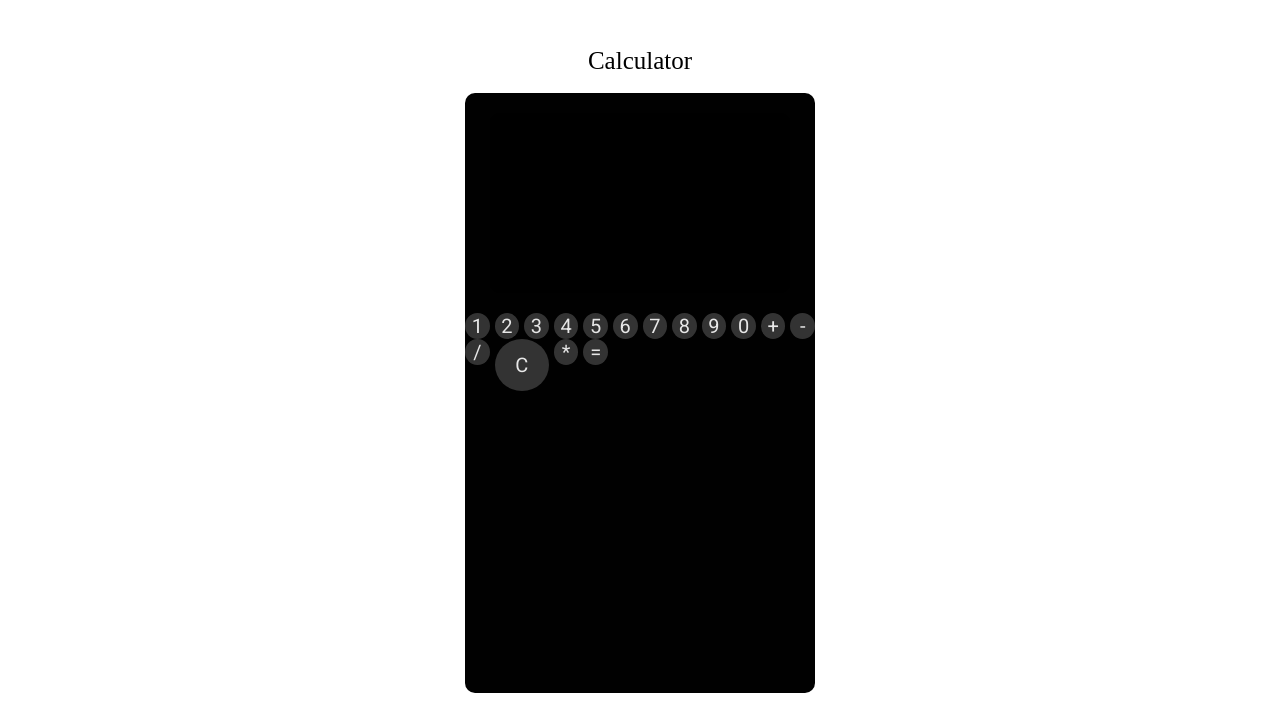
Repository: Gibon9/SimpleCalc
Page: index.html
The author's editor kept a copy of each file at every save. The page is drawn from the files as they stood at one save, then again after the next save.
The browser window is 1280 px wide. The pictures show the whole page.
Some web fonts or font styles are not loaded; a fallback is used.

Above is the page before, as saved 2020-11-27 18:57:29.

### index.html
<!DOCTYPE html>
<html lang="en">
  <head>
    <meta charset="UTF-8" />
    <meta name="viewport" content="width=device-width, initial-scale=1.0" />
    <link rel="stylesheet" href="style/reset.css" />
    <link rel="stylesheet" href="style/style.css" />
    <title>Calculator</title>
  </head>

  <body>
    <main class="main">
      <h1 class="title">Calculator</h1>
      <section class="clac">
        <div class="calc-display" id="display"></div>
        <section class="keyboard" id="keyboard">
          <button class="calc-button c-btn" id="clear">C</button>
          <button class="calc-button" id="btn1">1</button>
          <button class="calc-button" id="btn2">2</button>
          <button class="calc-button" id="btn3">3</button>
          <button class="calc-button" id="btn4">4</button>
          <button class="calc-button" id="btn5">5</button>
          <button class="calc-button" id="btn6">6</button>
          <button class="calc-button" id="btn7">7</button>
          <button class="calc-button" id="btn8">8</button>
          <button class="calc-button" id="btn9">9</button>
          <button class="calc-button" id="btn0">0</button>
          <button class="calc-button" id="plus">+</button>
          <button class="calc-button" id="minus">-</button>
          <button class="calc-button" id="divide">/</button>
          <button class="calc-button" id="multiply">*</button>
          <button class="calc-button" id="equal">=</button>
        </section>
      </section>
    </main>
    <script src="./index.js"></script>
  </body>
</html>

### style/style.css
@import url("https://fonts.googleapis.com/css2?family=Roboto&family=Saira+Stencil+One&display=swap");

:root {
  --background-color: #010101;
  --display-color: black;
  --primary-btn-color: ##a5a5a5;
  --secondary-color: #333333;
  --secondary-btn-color: #fd9624;
  --text-color: #e7e7e7;
}

.calc-display,
.title {
  font-family: "Saira Stencil One", cursive;
}

.calc-button {
  font-family: "Roboto", sans-serif;
}

.main {
  display: flex;
  flex-direction: column;
  justify-content: center;
  align-items: center;
  width: 100vw;
  height: 100vh;
}

.title {
  font-size: 25px;
  margin: 20px 0;
}

.clac {
  width: 350px;
  height: 600px;
  background-color: var(--background-color);
  border-radius: 10px;
}

.calc-display {
  margin: 20px auto;
  width: 300px;
  height: 30%;
  background-color: var(--display-color);
  color: var(--primary-color);
  border-radius: 10px;
  font-size: 40px;
}

.keyboard {
  display: grid;
  grid-template-columns: repeat(12, 1fr);
  grid-template-rows: repeat(12, 1fr);
  column-gap: 5px;
}

.calc-button {
  font-size: 20px;
  color: var(--text-color);
  background-color: var(--secondary-color);
  border-radius: 50%;
  border: none;
}

.c-btn {
  grid-column: 2/4;
  grid-row: 2/4;
}

Loaded but not shown: style/reset.css (common file); index.js (no copy from this time; the picture is the same without it)

After the next save:
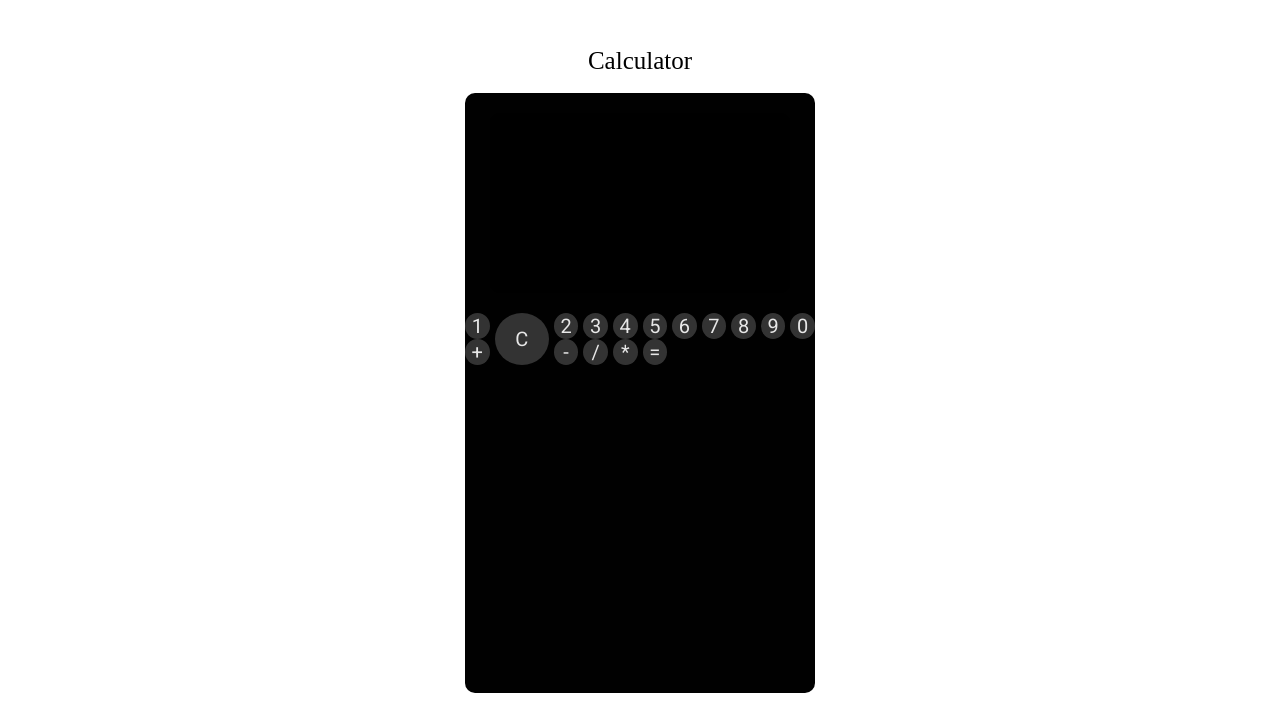
Saved 55 s later.
--- a/style/style.css
+++ b/style/style.css
@@ -66,5 +66,5 @@
 
 .c-btn {
   grid-column: 2/4;
-  grid-row: 2/4;
+  grid-row: 1/3;
 }
